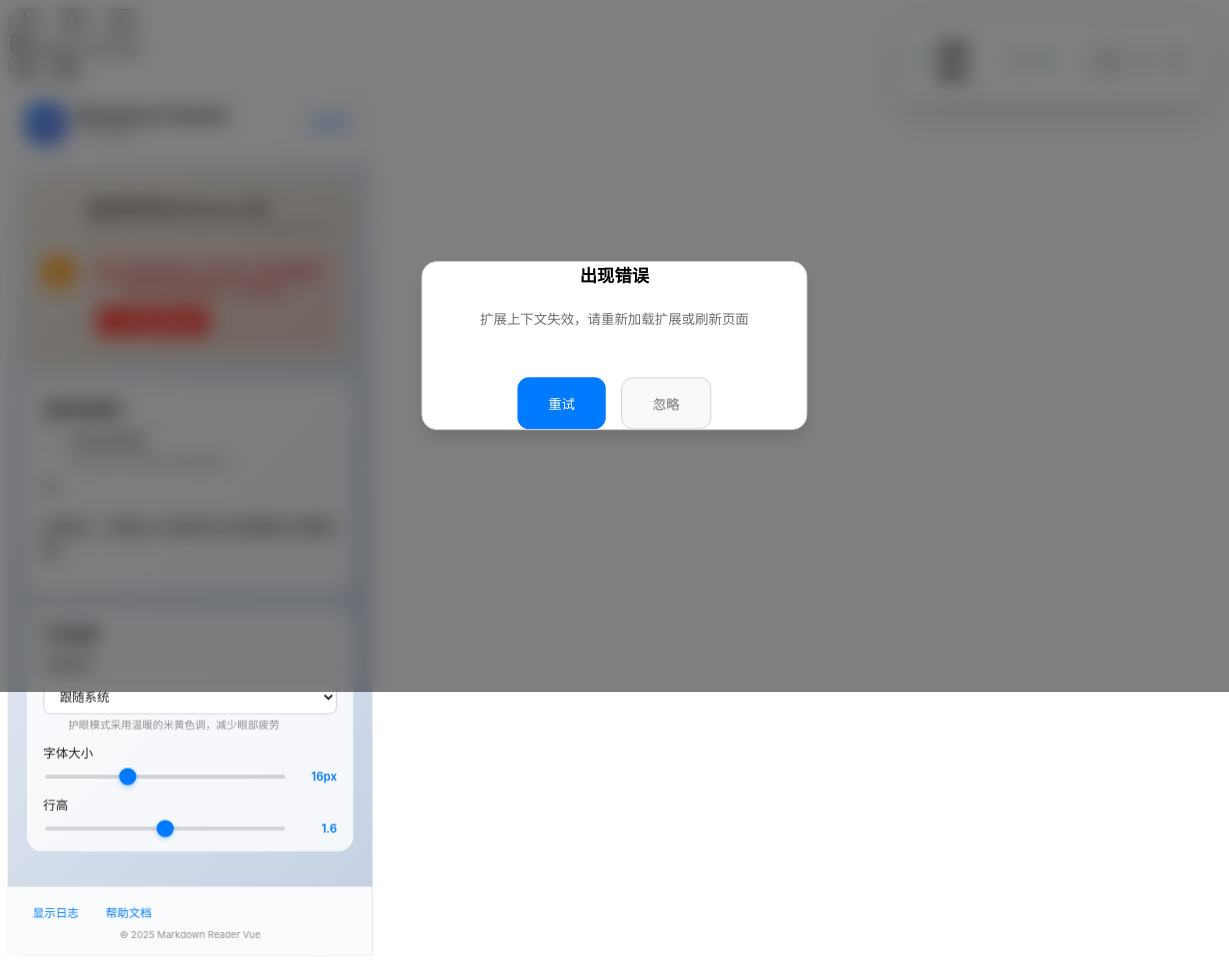
Repository: YaYII/Readmdvue
Page: /
The author's editor kept a copy of each file at every save. The page is drawn from the files as they stood at one save, then again after the next save.
The browser window is 1280 px wide. The pictures show the whole page, at 96% of full size.
The project was rebuilt for these pictures with package versions that can differ from the ones it lists, and the page was loaded fresh each time. Also part of the build but not shown: vite.config.ts, src/utils/appleNotification.ts, src/utils/asyncChartRenderer.ts, src/utils/markdownRenderer.ts, src/components/SettingsPanel.vue, src/components/SearchPanel.vue, src/components/ExportDialog.vue.

Above is the page before, as saved 2025-07-10 15:03:31.

After the next save:
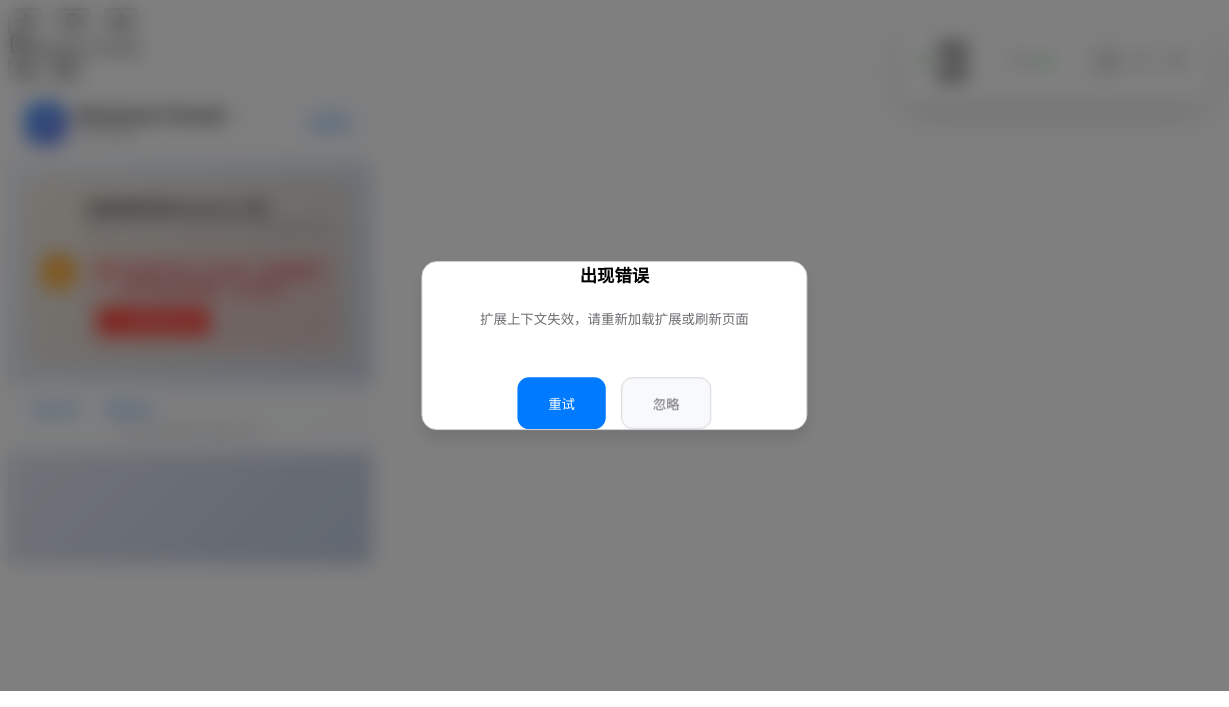
Saved 29 s later.
--- a/src/popup/App.vue
+++ b/src/popup/App.vue
@@ -47,39 +47,8 @@
     </section>
 
     <!-- 功能控制面板 -->
-    <section class="controls-section">
-      <!-- 通用阅读模式 -->
-      <div class="control-group" v-if="!pluginStore.state.isMarkdownFile">
-        <h4 class="group-title">通用阅读模式</h4>
-
-        <div class="control-item">
-          <label class="control-label">
-            <input
-              type="checkbox"
-              v-model="localConfig.enableUniversalReading"
-              @change="updateConfig"
-              class="control-checkbox"
-            >
-            <span class="checkbox-custom"></span>
-            <span class="label-text">启用阅读模式</span>
-          </label>
-          <p class="control-description">在任何网页上提供优化的阅读体验</p>
-        </div>
-
-        <div class="universal-reading-notice">
-          <div class="notice-content">
-            <svg width="16" height="16" viewBox="0 0 24 24" fill="none" stroke="currentColor" stroke-width="2">
-              <circle cx="12" cy="12" r="10"></circle>
-              <line x1="12" y1="8" x2="12" y2="12"></line>
-              <line x1="12" y1="16" x2="12.01" y2="16"></line>
-            </svg>
-            <p>启用后，页面右上角将显示阅读模式切换按钮</p>
-          </div>
-        </div>
-      </div>
-
-      <!-- Markdown 功能控制 -->
-      <div class="control-group" v-if="pluginStore.state.isMarkdownFile">
+    <section class="controls-section" v-if="pluginStore.state.isMarkdownFile">
+      <div class="control-group">
         <h4 class="group-title">渲染功能</h4>
 
         <div class="control-item">
